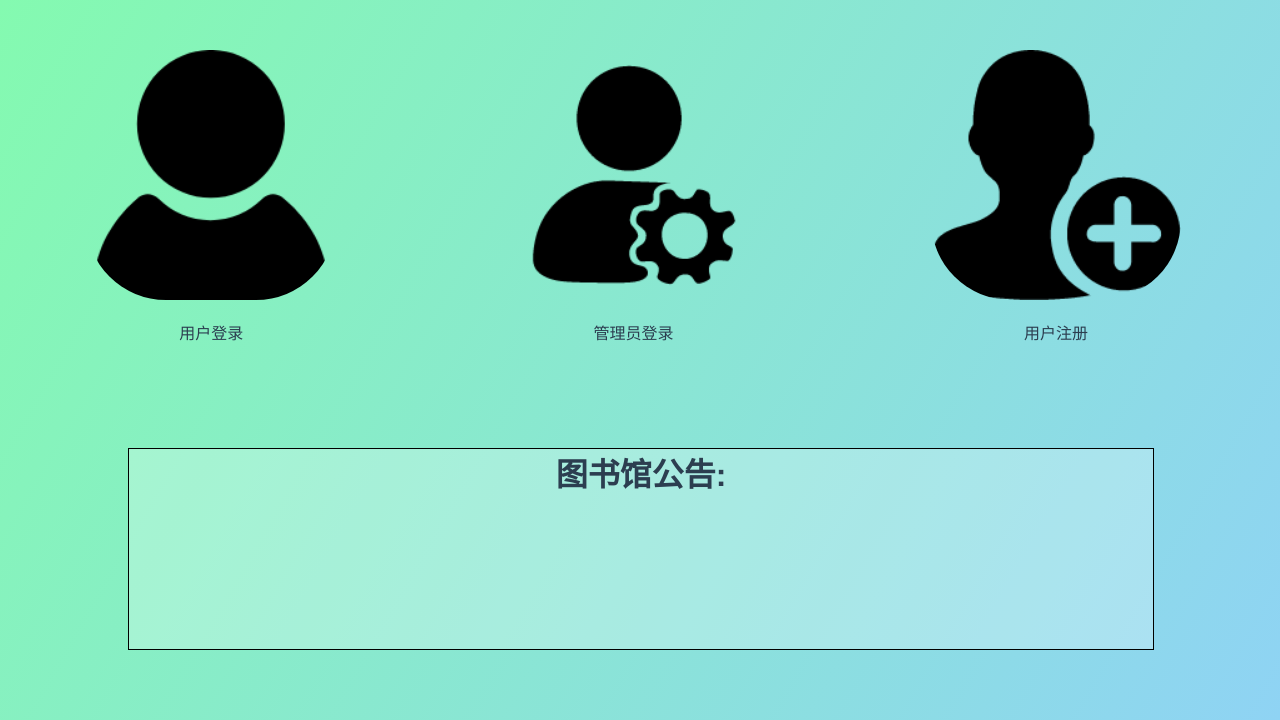
Repository: Akron-xz/helloVue
Page: / (app in vue-library/)
The author's editor kept a copy of each file at every save. The page is drawn from the files as they stood at one save, then again after the next save.
The browser window is 1280 px wide. The pictures show the whole page.
The page's requests for data from a server got no answer. The project was rebuilt for these pictures with package versions that can differ from the ones it lists, and the page was loaded fresh each time. No one was signed in, and anything a server would have sent is missing.

Above is the page before, as saved 2020-11-24 11:57:59.

After the next save:
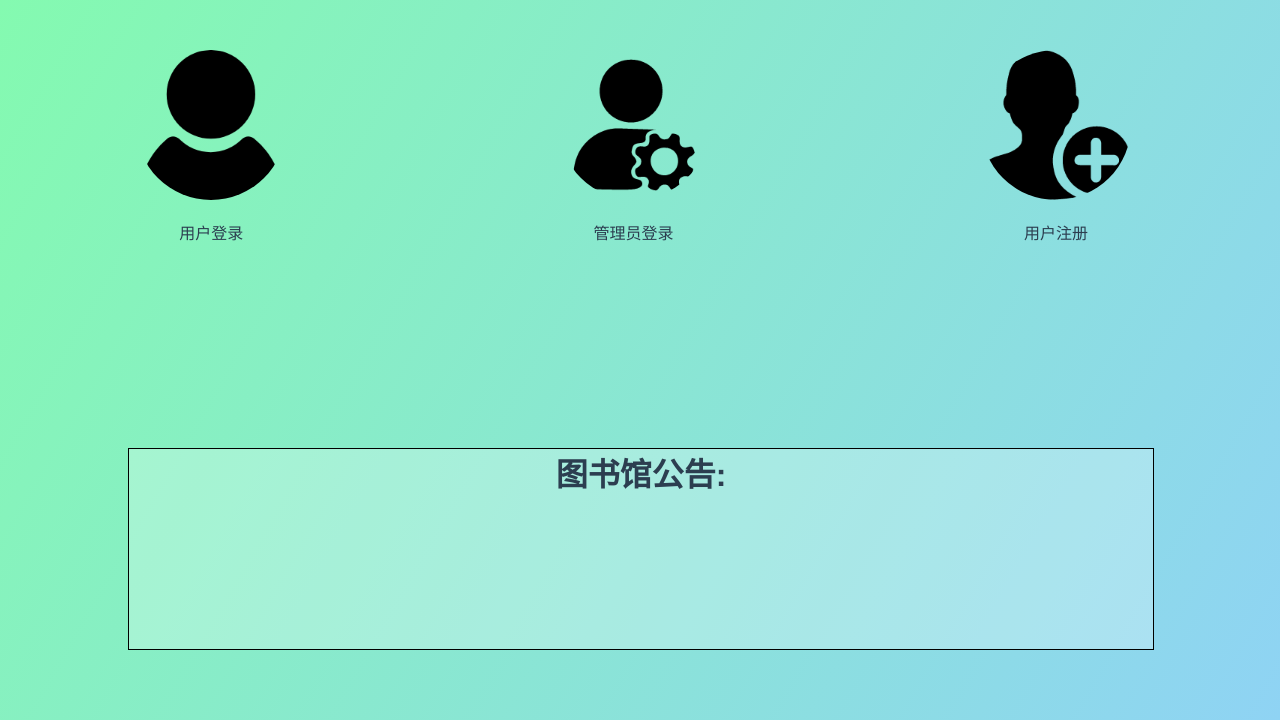
Saved 29 s later.
--- a/vue-library/src/views/Home.vue
+++ b/vue-library/src/views/Home.vue
@@ -103,8 +103,8 @@ export default {
 
 .home-img {
 
-  width: 250px;
-  height: 250px;
+  width: 150px;
+  height: 150px;
   margin-top: 50px;
   border-radius: 80px;
   cursor: pointer;
